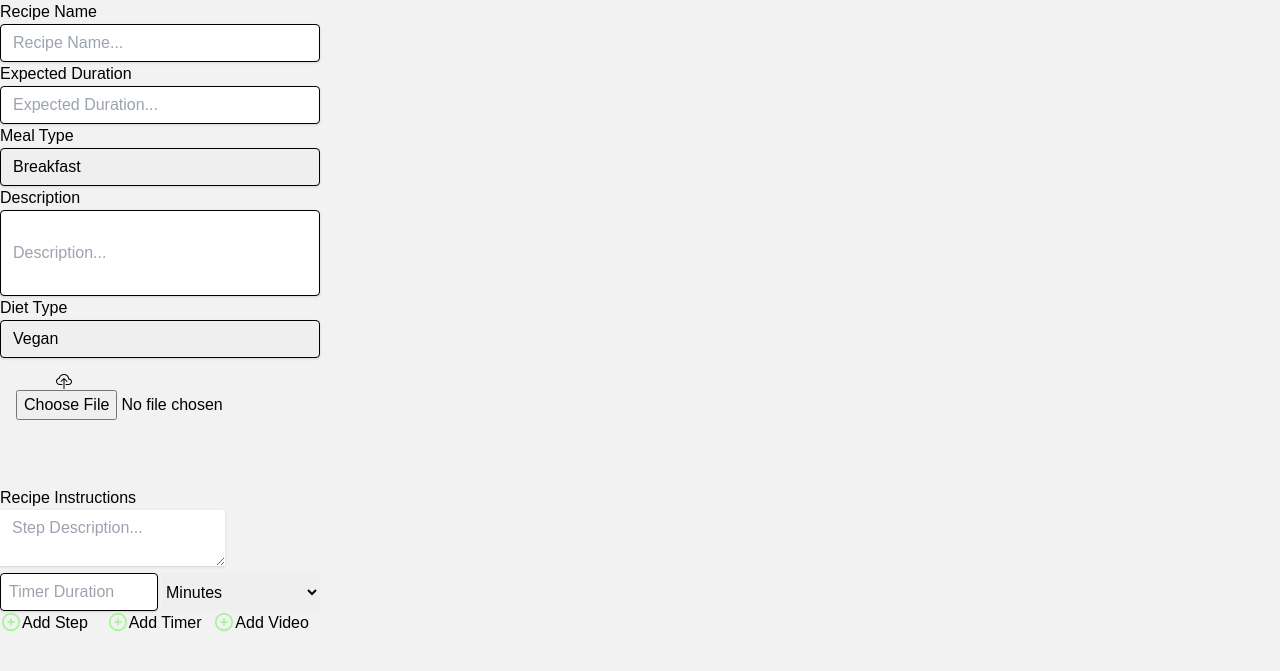
Repository: stvnsok/-capstone-project-3900-w18a-terraluna
Page: /new_recipe (app in frontend/)
The author's editor kept a copy of each file at every save. The page is drawn from the files as they stood at one save, then again after the next save.
The browser window is 1280 px wide. The pictures show the whole page.
The project was rebuilt for these pictures with package versions that can differ from the ones it lists, and the page was loaded fresh each time. Also part of the build but not shown: frontend/src/services/auth.service.ts, frontend/src/api.ts, frontend/src/services/recipeContributor.service.ts, frontend/src/components/global/Modal.tsx, frontend/src/components/global/TextInput.tsx, frontend/src/components/Auth/helperFunctions.ts, frontend/src/components/Auth/ChangeEmailForm.tsx, frontend/src/components/Auth/ChangePasswordForm.tsx and 10 more.

Above is the page before, as saved 2022-07-19 22:27:48.

### frontend/src/App.tsx
import NavBar from './components/NavBar';
import './index.css';
import React from 'react';
import { ToastContainer } from 'react-toastify';
import 'react-toastify/dist/ReactToastify.min.css';
import { BrowserRouter, Route, Routes } from 'react-router-dom';
import MyRecipes from './components/MyRecipes/MyRecipes';
import CreateRecipeCard from './components/NewRecipe/CreateRecipeCard';

function App() {
  return (
    <BrowserRouter>
      <div className="bg-tl-inactive-white min-h-screen min-w-full">
        <div className='fixed w-full z-[1000]'>
          <ToastContainer
            position='top-center'
            autoClose={3000}
            hideProgressBar={true}
            newestOnTop={true}
            closeOnClick
            closeButton={<></>}
            rtl={false}
            pauseOnFocusLoss
            draggable
            pauseOnHover
          />
        </div>
        <Routes>
          <Route path="/" element={<NavBar/>} />
          <Route path="/my_recipes" element={<MyRecipes />} />
          <Route path ="/new_recipe" element={<CreateRecipeCard />} />
        </Routes>
      </div>
    </BrowserRouter>

  );
}

export default App;

### frontend/src/components/NewRecipe/CreateRecipeCard.tsx
import React, { useState, useEffect } from 'react';
import { BsCloudUpload } from 'react-icons/bs';
import { HiOutlinePlusCircle } from 'react-icons/hi';
import { useForm } from 'react-hook-form'
import Button from '../global/Button';

interface recipeForm {
    name?: string,
    cookTime?:number
    description?:string
    recipeInstructions?:string[];
    mealType?:string
    dietType?:string
    timerDuration?:number[];
    timerUnits?:string;
    requiredIngredients?:string[];
    recipePhoto_url?: string;
    recipeVideo_url?: string;
}

export default function CreateRecipe () {

    const { register, handleSubmit } = useForm<recipeForm>();
    const [image, setImage] = useState<File>();
    const [preview, setPreview] = useState<string>();

    // const inputFileRef = useRef<HTMLInputElement | null>(null);

    const onSubmit = async (data: recipeForm) => {
        console.log(data);
        //TODO: API REQUEST TO BACKEND
    }

    useEffect(() => {
        if (image) {
          const reader = new FileReader();
          reader.onloadend = () => {
            setPreview(reader.result as string);
          };
          reader.readAsDataURL(image);
        } else {
          setPreview('');
        }
      }, [image]);

    return <React.Fragment>
        <div className = 'w-full max-w-xs content-center'>

            <form>
                <div>
                    <label htmlFor='name'> Recipe Name</label>
                    <input
                        {...register('name', { required: true})}
                        placeholder = "Recipe Name..."
                        className = 'shadow appearance-none border rounded w-full py-2 px-3 text-gray-700 leading-tight focus:outline-none focus:shadow-lg border-opacity-0'
                    />
                </div>
                <div>
                    <label htmlFor = 'cookTime'> Expected Duration</label>
                    <input
                        {...register('cookTime', { required: true})}
                        placeholder = "Expected Duration..."
                        className = 'shadow appearance-none border rounded w-full py-2 px-3 text-gray-700 leading-tight focus:outline-none focus:shadow-lg border-opacity-0'
                    />
                </div>
                <div>
                    <label htmlFor = 'mealType'> Meal Type</label>
                    <select
                        {...register('mealType', { required: true})}
                        placeholder = 'Meal Type...'
                        className = 'shadow appearance-none border rounded w-full py-2 px-3 text-gray-700 leading-tight focus:outline-none focus:shadow-lg border-opacity-0'
                    >
                        <option value = 'breakfast'>Breakfast</option>
                        <option value = 'lunch'>Lunch</option>
                        <option value = 'dinner'>Dinner</option>
                        <option value = 'snack'>Snack</option>
                    </select>
                </div>
                <div>
                    <label htmlFor = 'description'> Description</label>
                    <input
                        {...register('description', { required: true})}
                        placeholder = 'Description...'
                        className = 'shadow appearance-none border rounded w-full py-8 px-3 text-gray-700 leading-tight focus:outline-none focus:shadow-lg border-opacity-0'

                    />

                </div>
                <div>
                    <label htmlFor = 'dietType'> Diet Type</label>
                    <select
                        {...register('dietType')}
                        className = 'shadow appearance-none border rounded w-full py-2 px-3 text-gray-700 leading-tight focus:outline-none focus:shadow-lg border-opacity-0'
                    >
                        <option value = 'vegan'>Vegan</option>
                        <option value = 'vegetarian'>Vegetarian</option>
                        <option value = 'gluten-free'>Gluten-Free</option>
                        <option value = 'dairy-free'>Dairy-Free</option>
                        <option value = 'nut-free'>Nut-Free</option>
                        <option value = 'Halal'>Halal</option>

                    </select>
                </div>

                <div className = ' box-border h-32 w-32 p-4 border-4mborder border-dashed border-tl-active-green '>
                    {preview ? <img src = {preview} alt = 'recipe'/>
                    : (
                    <div className = 'flex justify-center items-center'>
                        <BsCloudUpload
                            className = 'icon-large'
                        />
                    </div>
                    )}
                    <input
                        type = 'file'
                        accept = "image/*"
                        {...register('recipePhoto_url')}
                        onChange = {(e) => {
                            e.preventDefault();
                            setImage(e.target.files?.[0]);
                        }}
                    />
                    {/* <Button
                            onClick = {() => {
                                inputFileRef.current.click();
                            }}
                        text={('Upload Photo')}
                    /> */}
                </div>

                <div>
                    <label htmlFor = 'Instruction'> Recipe Instructions</label>
                    <textarea
                        {...register('recipeInstructions')}
                        placeholder = 'Step Description...'
                        className='shadow appearance-none py-2 px-3 text-gray-900 leading-tight focus:outline-none focus:shadow-lg border-opacity-0'

                    />
                    <div className = 'grid grid-cols-2 gap-1'>
                        <input
                            {...register('timerDuration')}
                            placeholder = 'Timer Duration'
                            className='shadow appearance-none border rounded w-full py-2 px-2 text-gray-700 leading-tight focus:outline-none focus:shadow-lg border-opacity-0'
                        />
                        <select
                            placeholder='Timer Units'
                            {...register('timerUnits')}
                        >
                            <option value = 'minutes'>Minutes</option>
                            <option value = 'hours'>Hours</option>
                        </select>
                    </div>
                    <div className = 'grid grid-cols-3' >
                        <div className='flex flex-row'>
                            <HiOutlinePlusCircle
                                onClick = {() => {
                                    console.log('Todo:add step');
                                }}
                                color = '#A8F59B'
                                className = 'icon-large'
                                size={22}
                            />
                            Add Step
                        </div>
                        <div className='flex flex-row'>
                            <HiOutlinePlusCircle
                                onClick = {() => {
                                    console.log('Todo:add timer');
                                }}
                                color = '#A8F59B'
                                className = 'icon-large'
                                size={22}
                            />
                            Add Timer
                        </div>
                        <div className='flex flex-row'>
                            <HiOutlinePlusCircle
                                onClick = {() => {
                                    console.log('Todo:add Video');
                                }}
                                color = '#A8F59B'
                                className = 'icon-large'
                                size={22}
                            />
                            Add Video
                        </div>
                    </div>

                </div>

                <div>
                    <Button
                        onClick = {handleSubmit(onSubmit)}
                    />

                </div>


            </form>
        </div>
    </React.Fragment>
}

### frontend/src/components/global/Button.tsx
import React from "react";

interface ButtonProps {
    className?: string;
    onClick: () => void;
    text?: string | JSX.Element;
}

const Button =  ({
    className,
    onClick,
    text
}: ButtonProps) => {
    return (<button
        className={className + ' hover:opacity-75'}
        onClick={onClick}
    >
        {text ?? ''}
    </button>)
}

export default Button

### frontend/tailwind.config.js
/** @type {import('tailwindcss').Config} */
module.exports = {
  content: ["./src/**/*.{js,jsx,ts,tsx}",],
  theme: {
    colors: {
      tl: {
        'inactive-white': '#f2f2f2',
        'active-white': '#ffffff',
        'inactive-blue': '#4FFFC0',
        'active-blue': '#2461FF',
        'inactive-green': '#A8F59B',
        'active-green': '#4BB03A',
        'inactive-red': '#FF7E7E',
        'active-red': '#FF3030',
        'inactive-black': '#282828',
        'active-black': '#000000',
        'inactive-grey': '#8e8e8e',
        'active-grey': '#4d4d4d',
      }
    },
    fontFamily: {
      sans: ['Graphik', 'sans-serif'],
      serif: ['Merriweather', 'serif'],
    },
    extend: {
      spacing: {
        '8xl': '96rem',
        '9xl': '128rem',
      },
      borderRadius: {
        '4xl': '2rem',
      }
    }
  },
  plugins: [],
}

Loaded but not shown: frontend/public/index.html (common file); frontend/src/index.js (common file); frontend/src/index.css (common file); frontend/src/reportWebVitals.js (common file)

After the next save:
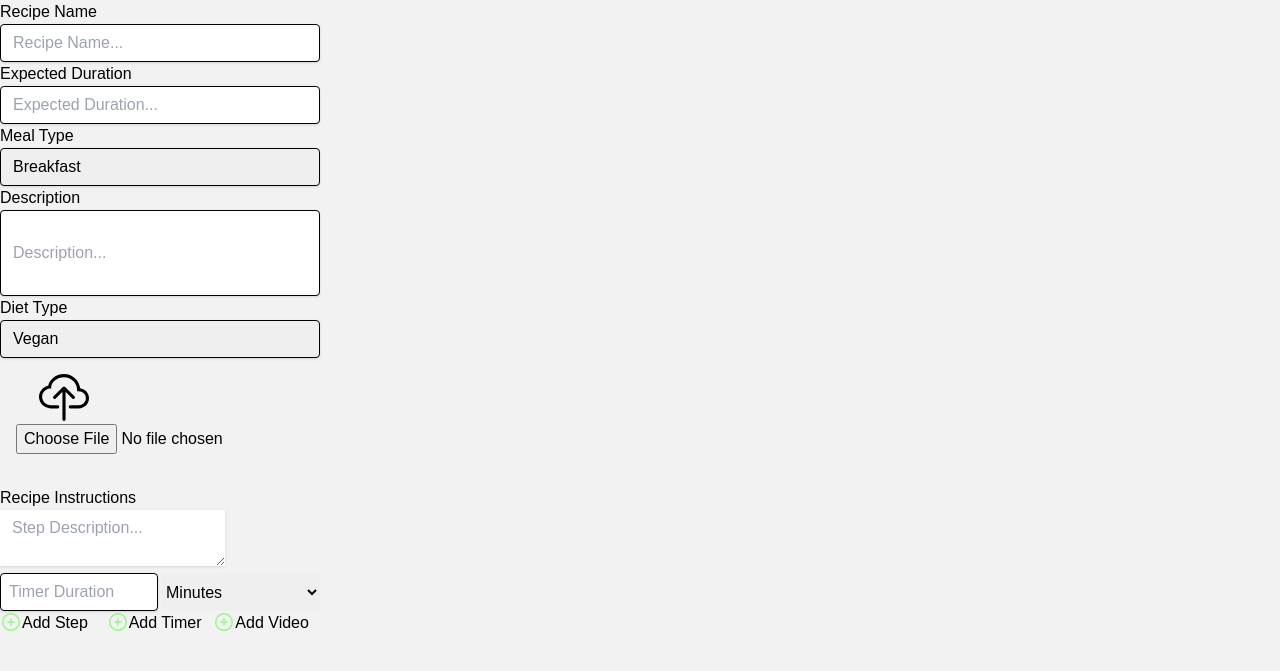
Saved 2 h 13 min later.
--- a/frontend/src/components/NewRecipe/CreateRecipeCard.tsx
+++ b/frontend/src/components/NewRecipe/CreateRecipeCard.tsx
@@ -107,7 +107,7 @@ export default function CreateRecipe () {
                     : (
                     <div className = 'flex justify-center items-center'>
                         <BsCloudUpload
-                            className = 'icon-large'
+                            size = {50}
                         />
                     </div>
                     )}
